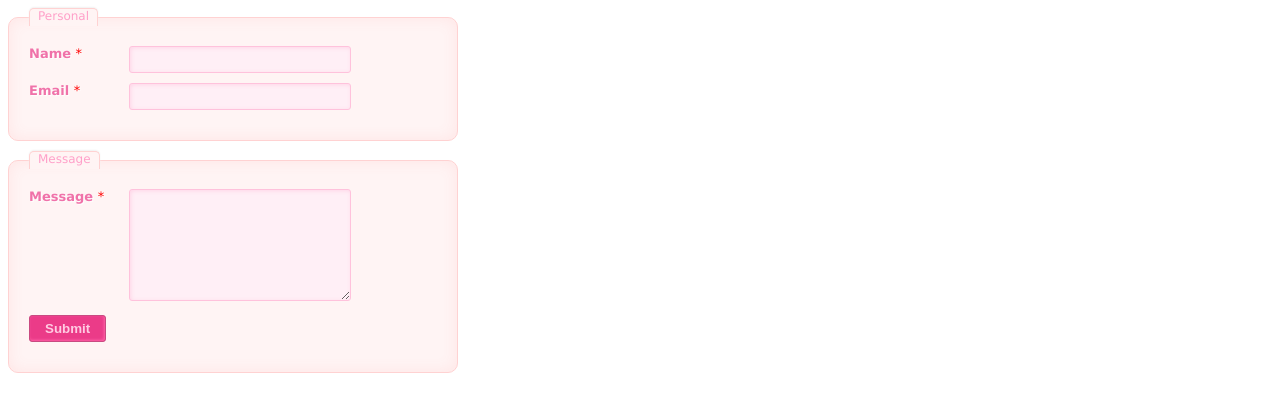
Repository: prm2711/javaapps
Page: eclipse-workspace/ResponsiveApp/WebContent/index.html
These files come from the project's save history. The page is drawn as it stood at one moment and after the next save; the edit follows.
The browser window is 1280 px wide. The pictures show the whole page.

Above is the page before, as saved 2018-01-25 07:31:16.

After the next save:
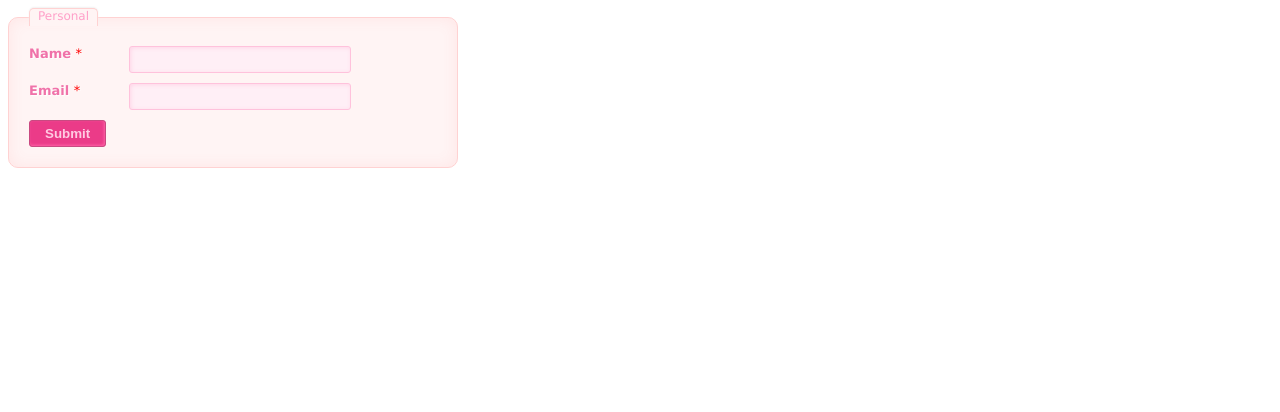
Saved 32 s later.
--- a/eclipse-workspace/ResponsiveApp/WebContent/index.html
+++ b/eclipse-workspace/ResponsiveApp/WebContent/index.html
@@ -14,12 +14,7 @@
 					type="text" class="input-field" name="field1" value="" /></label> <label
 					for="field2"><span>Email <span class="required">*</span></span><input
 					type="email" class="input-field" name="field2" value="" /></label>
-			</fieldset>
-			<fieldset>
-				<legend>Message</legend>
-				<label for="field6"><span>Message <span
-						class="required">*</span></span>
-				<textarea name="field6" class="textarea-field"></textarea></label> <label><input
+				<input
 					type="submit" value="Submit" /></label>
 			</fieldset>
 		</form>
